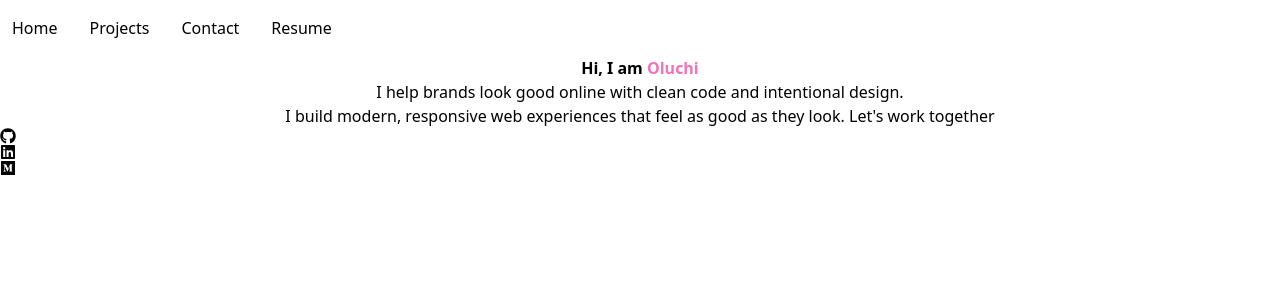
Repository: ooluchi/portfolio_
Page: / (app in my-react-app/)
An editor plug-in stored every save of this project. The page is shown before and after the next save, followed by the edit.
The browser window is 1280 px wide. The pictures show the whole page.
The project was rebuilt for these pictures with package versions that can differ from the ones it lists, and the page was loaded fresh each time. Also part of the build but not shown: my-react-app/vite.config.ts.

Above is the page before, as saved 2025-11-20 11:31:42.

### my-react-app/src/index.css
@import url("https://fonts.googleapis.com/css2?family=Kumbh+Sans:wght@100;200;300;400;500;600;700;800;900&display=swap");

@tailwind base;
@tailwind components;
@tailwind utilities;

* {
    margin: 0;
    padding: 0;
    box-sizing: border-box;
  }

### my-react-app/src/App.tsx


import './index.css'
import Home from './components/Home'
import NavBar from './components/NavBar'

export default function App() {

  return (
    <div className='dark'>
    <NavBar />
    <Home />
    </div>
  )
}

### my-react-app/src/components/Home.tsx
import { FaGithub, FaLinkedin, FaMedium } from "react-icons/fa";

import "../index.css";


export default function Home() {
  return (
    <div>

      <div className="text-center mt-30">
        <h1 className="font-bold">Hi, I am <span className="text-pink-400">Oluchi</span></h1>
        <p>I help brands look good online with clean code and intentional design.</p>
        <p>I build modern, responsive web experiences that feel as good as they look. Let's work together</p>
      </div>
      <div>
        <a
          href="https://github.com/ooluchi"
          target="_blank"
          rel="noreferrer"
          aria-label="GitHub"
        >
          <FaGithub/>
        </a>
        <a
          href="https://github.com/ooluchi"
          target="_blank"
          rel="noreferrer"
          aria-label="LinkedIn"
        >
        <FaLinkedin />
        </a>

        <a
          href="https://medium.com/@ooluchiokoro"
          target="_blank"
          rel="noreferrer"
          aria-label="Medium"
        >
          <FaMedium />
        </a>

      </div>
    </div>
  )
}

### my-react-app/src/components/NavBar.tsx

import "../index.css";





export default function NavBar() {

  // const [isOpen, setIsOpen] = useState(false);

  return (
    <nav className="text-center">
      <div className="text-center py-4 ">
        <div className="">
          <div className="lg:hidden">

          </div>
          <div className="w-full lg:block">
            <ul className={`flex flex-row align-justify gap-8 ml-3 lg:static`}>
              <li className=""><a href="#">Home</a></li>
              <li className=""><a href="#">Projects</a></li>
              <li className=""><a href="#">Contact</a></li>
              <li className=""><a href="#">Resume</a></li>
            </ul>
          </div>

        </div>


      </div>

    </nav>
  )
}

Loaded but not shown: my-react-app/index.html (common file); my-react-app/src/main.tsx (common file); my-react-app/tailwind.config.js (common file)

After the next save:
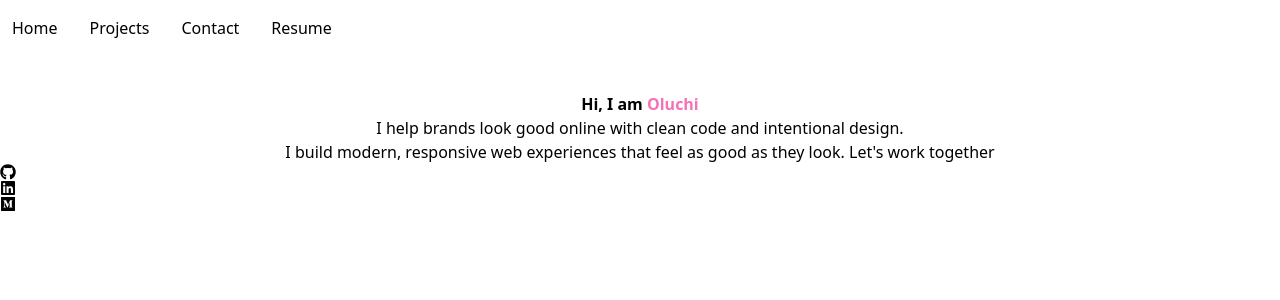
Saved 32 s later.
--- a/my-react-app/src/components/Home.tsx
+++ b/my-react-app/src/components/Home.tsx
@@ -7,7 +7,7 @@
   return (
     <div>
 
-      <div className="text-center mt-30">
+      <div className="text-center mt-9">
         <h1 className="font-bold">Hi, I am <span className="text-pink-400">Oluchi</span></h1>
         <p>I help brands look good online with clean code and intentional design.</p>
         <p>I build modern, responsive web experiences that feel as good as they look. Let's work together</p>

After the save that followed:
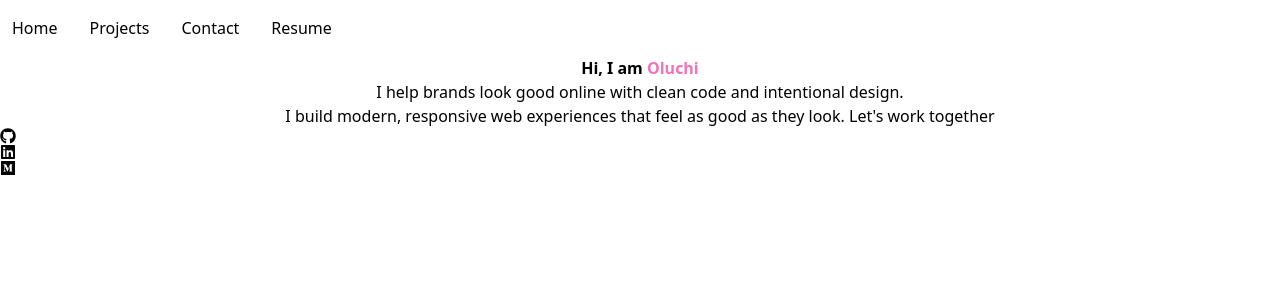
Saved 11 s later.
--- a/my-react-app/src/components/Home.tsx
+++ b/my-react-app/src/components/Home.tsx
@@ -7,7 +7,7 @@
   return (
     <div>
 
-      <div className="text-center mt-9">
+      <div className="text-center mt-90">
         <h1 className="font-bold">Hi, I am <span className="text-pink-400">Oluchi</span></h1>
         <p>I help brands look good online with clean code and intentional design.</p>
         <p>I build modern, responsive web experiences that feel as good as they look. Let's work together</p>
